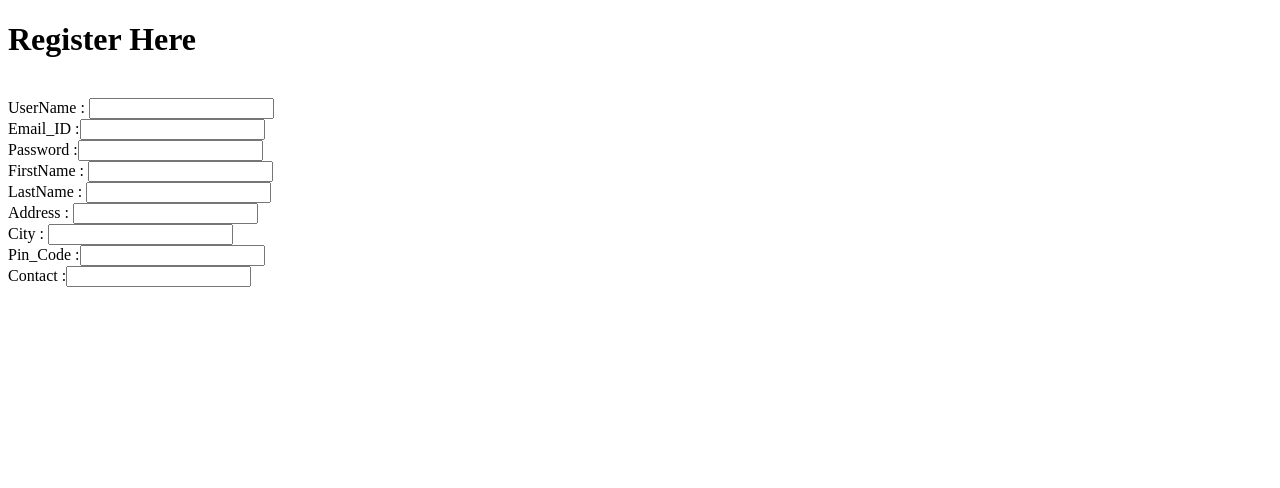
Repository: sunil965/JavaRepo
Page: WebProject/WebContent/registration.html
The author's editor kept a copy of each file at every save. The page is drawn from the files as they stood at one save, then again after the next save.
The browser window is 1280 px wide. The pictures show the whole page.

Above is the page before, as saved 2017-04-26 12:30:10.

After the next save:
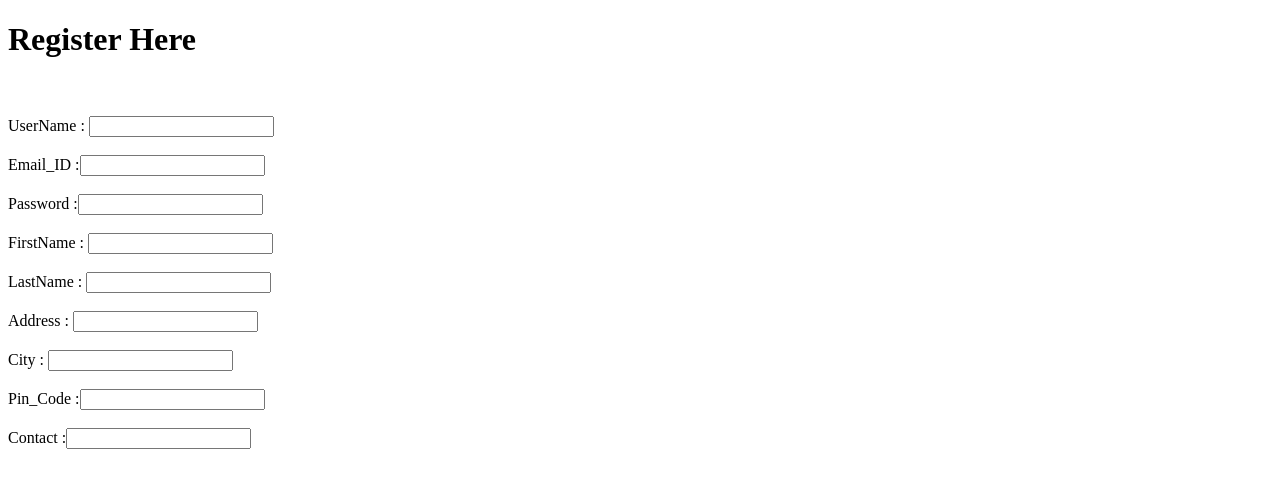
Saved 39 s later.
--- a/WebProject/WebContent/registration.html
+++ b/WebProject/WebContent/registration.html
@@ -7,16 +7,16 @@
 <body>
 <h1>Register Here</h1>
 <div>
-	<form action="RegisterServlet" method="post"><br>
-	 UserName : <input type="text" name="user"/><br>
-	 Email_ID :<input type="text" name="eid"/><br>
-	 Password :<input type="password" name="pwd"/><br>
-	 FirstName : <input type="text" name="fname"/><br>
-	 LastName : <input type="text" name="lname"/><br>
-	 Address : <input type="text" name="address"/><br>
-	 City : <input type="text" name="city"/><br>
-	 Pin_Code :<input type="text" name="state"/><br>
-	 Contact :<input type="text" name="contact"/><br>
+	<form action="RegisterServlet" method="post"><br><br>
+	 UserName : <input type="text" name="user"/><br><br>
+	 Email_ID :<input type="text" name="eid"/><br><br>
+	 Password :<input type="password" name="pwd"/><br><br>
+	 FirstName : <input type="text" name="fname"/><br><br>
+	 LastName : <input type="text" name="lname"/><br><br>
+	 Address : <input type="text" name="address"/><br><br>
+	 City : <input type="text" name="city"/><br><br>
+	 Pin_Code :<input type="text" name="state"/><br><br>
+	 Contact :<input type="text" name="contact"/><br><br>
 	</form>
 </div>
 
